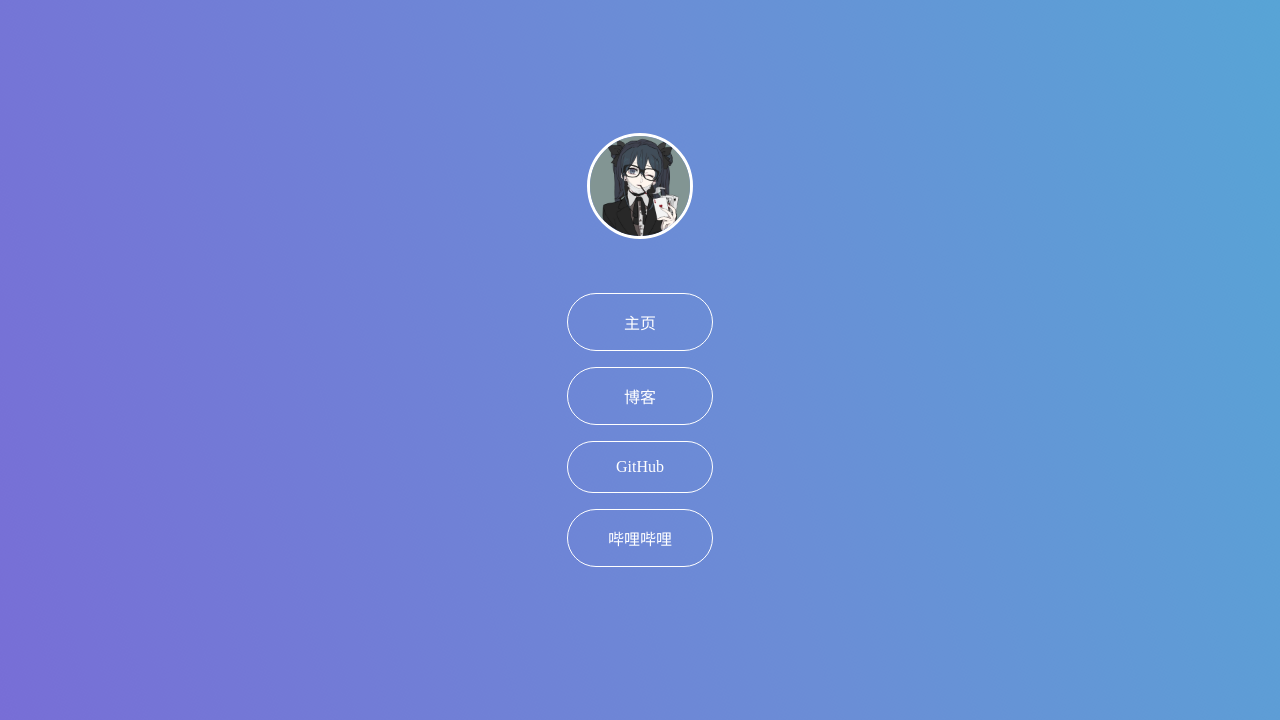
Repository: MarginLon/marginlon.github.io
Page: index.html
These files come from the project's save history. The page is drawn as it stood at one moment and after the next save; the edit follows.
The browser window is 1280 px wide. The pictures show the whole page.

Above is the page before, as saved 2022-09-24 09:46:32.

### index.html
<!----

# Navigation
# By: Dreamer-Paul
# Last Update: 2022.3.11

一个简单的个人首页，让你的朋友方便快捷的，找到你在各站点的社交链接

本代码为奇趣保罗原创，并遵守 MIT 开源协议。欢迎访问我的博客：https://paugram.com



 * Navigation changed from https://paugram.com
 * @author: MarginLon
 * @since: 2022-09-24
 * index.html

---->

<!DOCTYPE html>
<html>

<head>
    <meta charset="UTF-8">
    <title>奇趣保罗</title>
    <link href="static/32.png" rel="icon" sizes="32x32" />
    <link href="static/192.png" rel="icon" sizes="192x192" />
    <meta name="viewport" content="width=device-width, maximum-scale=1, initial-scale=1" />
    <style>
        html,
        body,
        main {
            height: 100%;
        }

        body {
            margin: 0;
            user-select: none;
            font: lighter 16px "微软雅黑";
        }

        body:before {
            content: '';
            z-index: -1;
            width: 3000px;
            height: 3000px;
            display: block;
            position: fixed;
            top: calc(50% - 1500px);
            left: calc(50% - 1500px);
            animation: bg-rotate 15s infinite linear;
            /* background: linear-gradient(45deg, #20b57d 40%, #258ec5 60%); */
            /* background: linear-gradient(45deg, #30cfd0 0%, #330867 100%); */
            /* background-image: linear-gradient(-20deg, #b721ff 0%, #21d4fd 100%); */
            background-image: linear-gradient(to top, #1e3c72 0%, #1e3c72 1%, #2a5298 100%);
            background-image: linear-gradient(-225deg, #2CD8D5 0%, #6B8DD6 48%, #8E37D7 100%);
        }

        @keyframes bg-rotate {
            0% {
                transform: rotate(0)
            }

            100% {
                transform: rotate(360deg)
            }
        }

        a {
            text-decoration: none;
        }

        main {
            display: table;
            margin: 0 auto;
        }

        .content {
            padding-top: 50px;
            padding-bottom: 70px;
            text-align: center;
            display: table-cell;
            vertical-align: middle;
        }

        .logo {
            margin-bottom: 50px;
        }

        .logo img {
            height: auto;
            max-width: 100px;
            border-radius: 100%;
            border: 3px solid #fff;
            transition: transform 0.3s;
        }

        .logo img:hover {
            transform: scale(1.1, 1.1) rotate(1turn);
        }

        .links {
            max-width: 300px;
        }

        .links a {
            color: #fff;
            display: block;
            min-width: 80px;
            padding: 1em 2em;
            text-align: center;
            margin-bottom: 1em;
            border-radius: 100px;
            border: #fff 1px solid;
            transition: background 0.3s, color 0.3s, opacity 0.3s, transform 0.3s;
        }

        .links a:hover {
            color: #258ec5;
            background: #fff;
            transform: scale(1.1, 1.1);
        }

        .links a:active {
            opacity: 0.7;
            transform: scale(0.9, 0.9);
        }

        .links a:last-child {
            margin-bottom: 0;
        }

        footer {
            left: 0;
            right: 0;
            bottom: 0;
            color: #fff;
            position: fixed;
            text-align: center;
        }

        footer a {
            color: inherit;
        }
    </style>
</head>

<body>
    <main class="container">
        <div class="content">
            <div class="logo">
                <img src="static/avatar.jpg" alt="MarginLon" />
            </div>
            <div class="links">
                <a href="https://https://www.marginlon.zone">主页</a>
                <a href="https://https://www.marginlon.zone/blog/">博客</a>
                <!-- <a href="http://weibo.com/234891753/" target="_blank">微博</a> -->
                <!-- <a href="http://music.163.com/#/user/home?id=7041859" target="_blank">网易云</a> -->
                <!-- <a href="http://steamcommunity.com/id/dreamer-paul/" target="_blank">Steam</a> -->
                <a href="https://github.com/MarginLon/" target="_blank">GitHub</a>
                <a href="https://space.bilibili.com/2008016" target="_blank">哔哩哔哩</a>
            </div>
        </div>
    </main>
    <!-- <footer>
        <p>©
            <script>document.write(new Date().getFullYear())</script> By <a href="https://paugram.com"
               target="_blank">Dreamer-Paul</a>.
        </p>
    </footer> -->
</body>

</html>

After the next save:
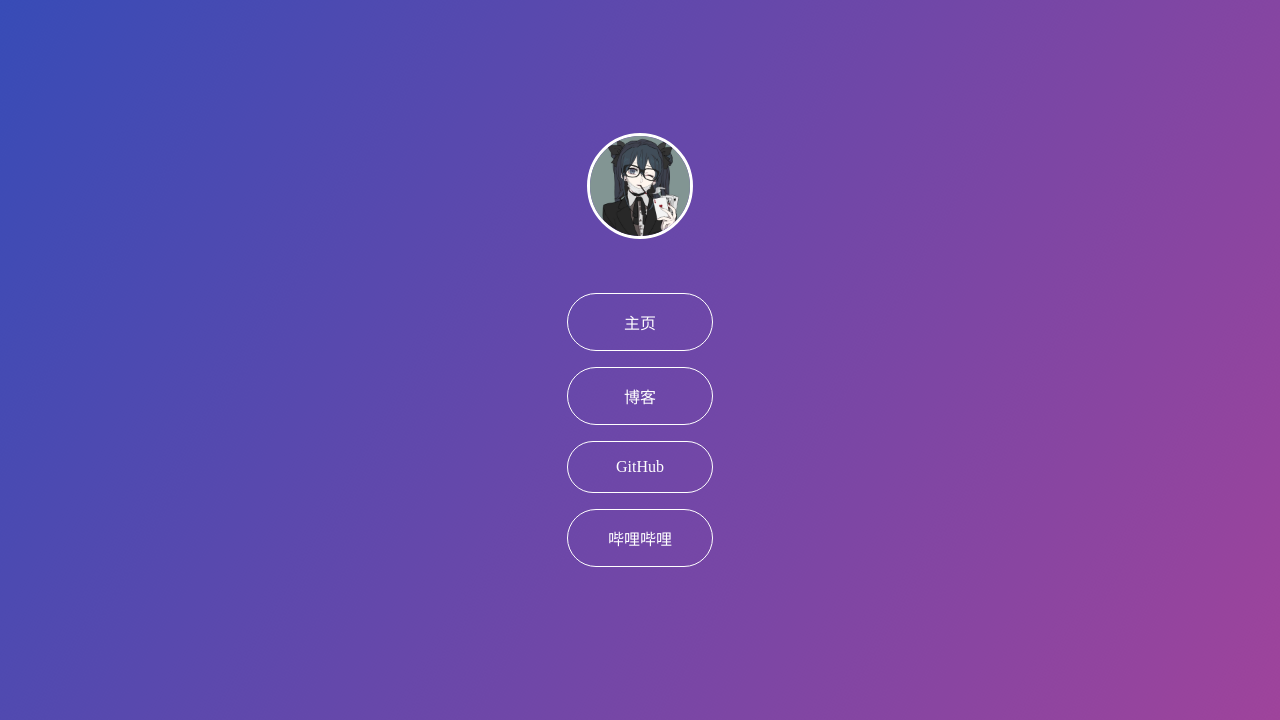
Saved 8 s later.
--- a/index.html
+++ b/index.html
@@ -54,6 +54,8 @@
             /* background-image: linear-gradient(-20deg, #b721ff 0%, #21d4fd 100%); */
             background-image: linear-gradient(to top, #1e3c72 0%, #1e3c72 1%, #2a5298 100%);
             background-image: linear-gradient(-225deg, #2CD8D5 0%, #6B8DD6 48%, #8E37D7 100%);
+            background-image: linear-gradient(to top, #0250c5 0%, #d43f8d 100%);
+            background-image: linear-gradient(to top, #0250c5 0%, #d43f8d 100%);
         }
 
         @keyframes bg-rotate {
